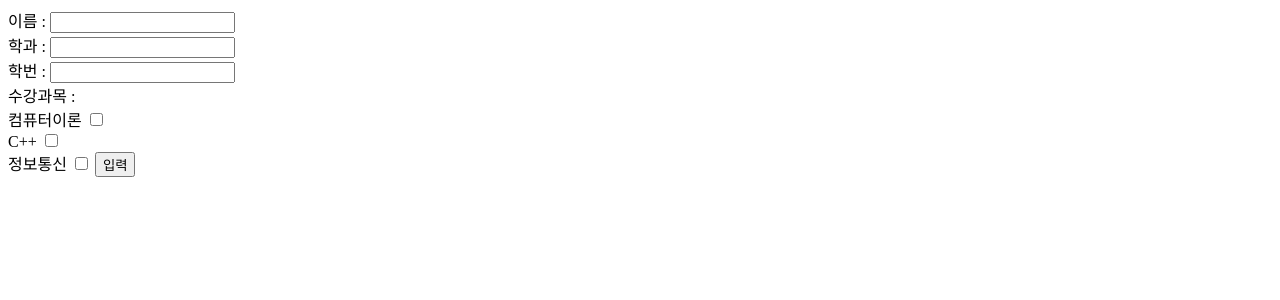
Repository: GitOnibi/jsp
Page: http://localhost/JSPprojec/school/stu_input.jsp
An editor plug-in stored every save of this project. The page is shown before and after a run of saves, followed by the edit.
The browser window is 1280 px wide. The pictures show the whole page.
The page is served by Tomcat 9.

Above is the page before, as saved 2019-01-07 12:55:15.

After the next 3 saves:
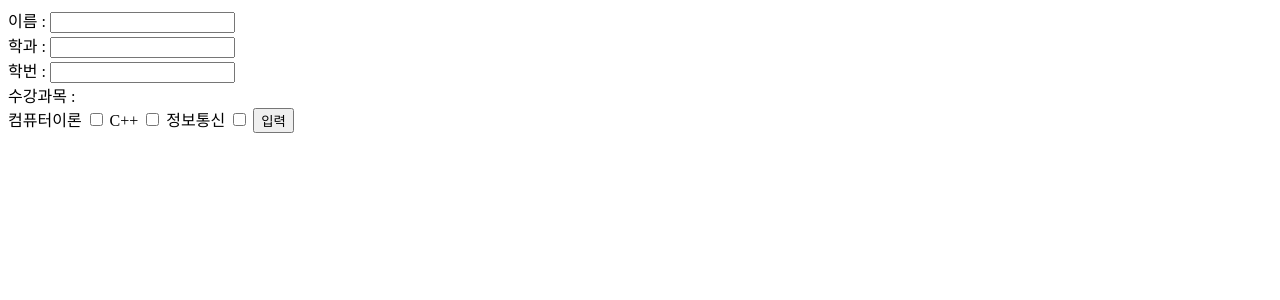
The 3 saves are shown as one change because they came seconds apart.
The last was saved 20 s later.
--- a/JSPprojec/WebContent/school/stu_input.jsp
+++ b/JSPprojec/WebContent/school/stu_input.jsp
@@ -11,7 +11,7 @@
 		학과 : <input type="text" name="dep_name" id="dep_name"/><br />
 		학번 : <input type="number" name="stu_num" id="stu_num"/><br />
 		수강과목 : <br />
-		컴퓨터이론 <input type="checkbox" name="dep_ck1"/><br />C++ <input type="checkbox" name="dep_ck2"/><br />정보통신 <input type="checkbox" name="dep_ck3"/>
+		컴퓨터이론 <input type="checkbox" name="dep_ck1"/> C++ <input type="checkbox" name="dep_ck2"/> 정보통신 <input type="checkbox" name="dep_ck3"/>
 		<input type="submit" value="입력"/>
 	</form>
 </body>

After the save that followed:
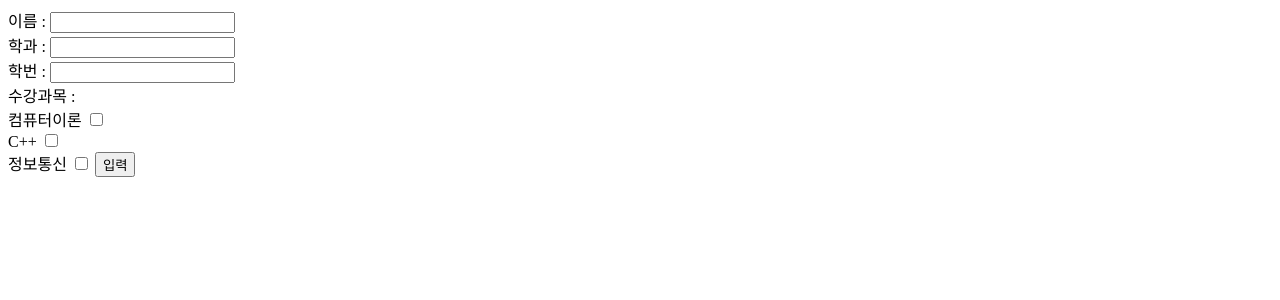
Saved 14 s later.
--- a/JSPprojec/WebContent/school/stu_input.jsp
+++ b/JSPprojec/WebContent/school/stu_input.jsp
@@ -11,7 +11,7 @@
 		학과 : <input type="text" name="dep_name" id="dep_name"/><br />
 		학번 : <input type="number" name="stu_num" id="stu_num"/><br />
 		수강과목 : <br />
-		컴퓨터이론 <input type="checkbox" name="dep_ck1"/> C++ <input type="checkbox" name="dep_ck2"/> 정보통신 <input type="checkbox" name="dep_ck3"/>
+		컴퓨터이론 <input type="checkbox" name="dep_ck1"/><br />C++ <input type="checkbox" name="dep_ck2"/><br />정보통신 <input type="checkbox" name="dep_ck3"/>
 		<input type="submit" value="입력"/>
 	</form>
 </body>
